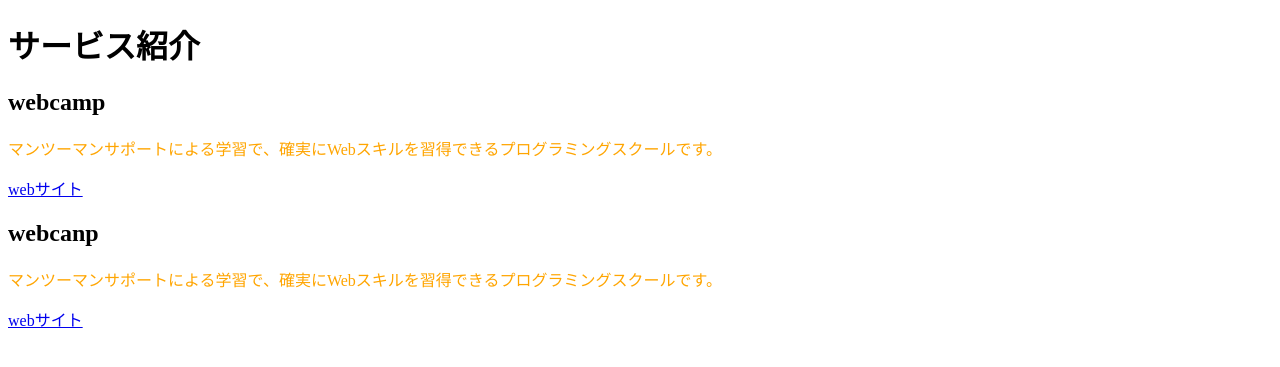
Repository: kk-um/advance1
Page: 演習/2.html
The author's editor kept a record of every edit. The page is drawn from the files as they stood at one moment, then again after the next edit.
The browser window is 1280 px wide. The pictures show the whole page.

Above is the page before.

### 演習/2.html
<!DOCTYPE HTML>
<html lang="ja">
  <head>
    <meta charset="UTF-8"/>
    <title>2章演習</title>
    <link rel="stylesheet" href="2.css"/>
  </head>

<body>
 <h1>サービス紹介</h1>
 <h2>webcamp</h2>
  <p>マンツーマンサポートによる学習で、確実にWebスキルを習得できるプログラミングスクールです。</p>
  <a href="https://web-camp.io/">webサイト</a>

 <h2>webcanp</h2>
  <p>マンツーマンサポートによる学習で、確実にWebスキルを習得できるプログラミングスクールです。</p>
  <a href="https://web-camp.io/">webサイト</a>

</body>
</html>

### 演習/2.css
p{
  color:orange;
}

After the next edit:
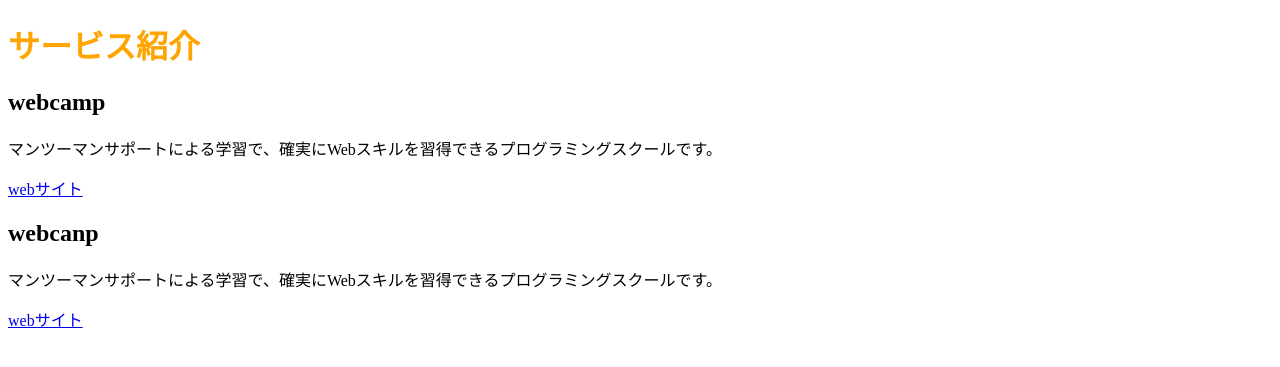
The edit:
--- a/演習/2.css
+++ b/演習/2.css
@@ -1,3 +1,3 @@
-p{
+h1{
   color:orange;
 }
